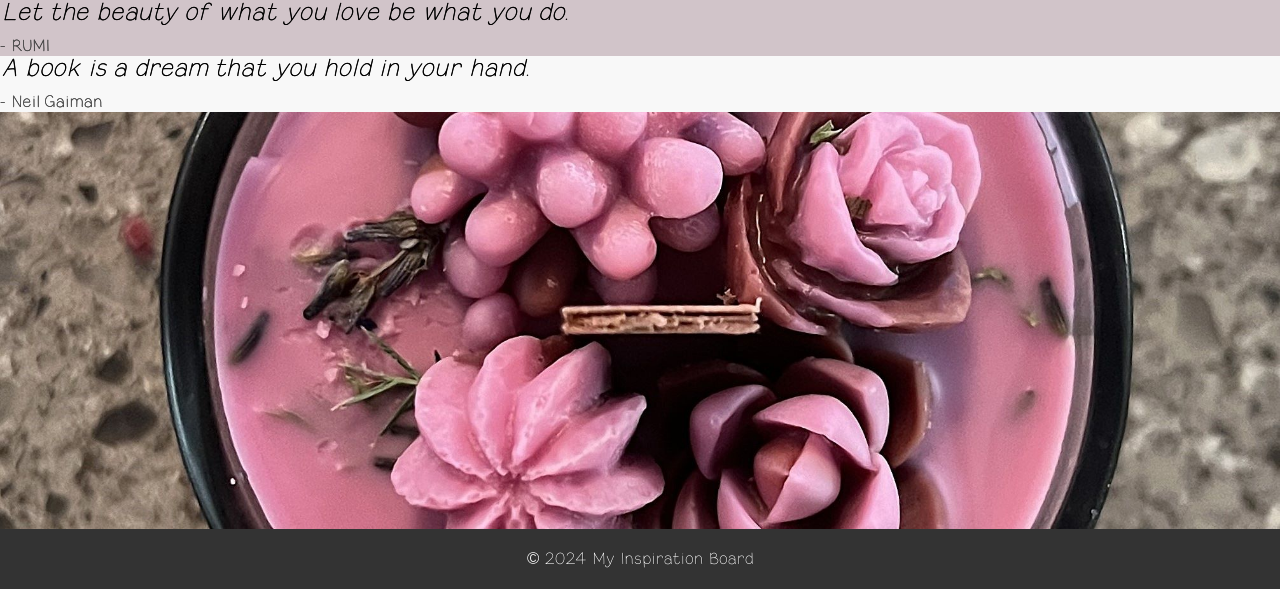
Repository: Brittany-Westlund/MART341-WebDesign
Page: WebDesignHomework/Assignment12/gallery.html
An editor plug-in stored every save of this project. The page is shown before and after the next save, followed by the edit.
The browser window is 1280 px wide. The pictures show the part of the page from y = 335 to 1075 px (the page is 924 px tall before and 1075 px after).
Some web fonts or font styles are not loaded; a fallback is used.

Above is the page before, as saved 2024-11-15 19:54:10.

After the next save:
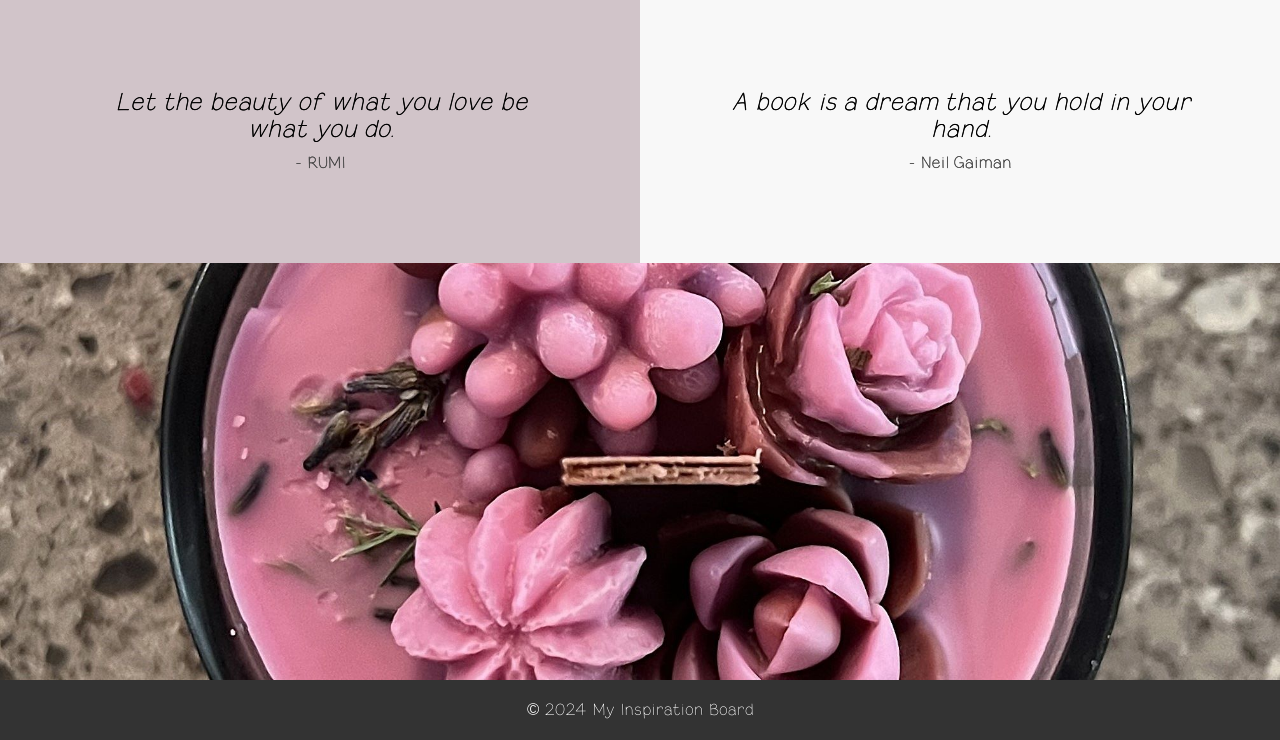
Saved 59 s later.
--- a/WebDesignHomework/Assignment12/style/style.css
+++ b/WebDesignHomework/Assignment12/style/style.css
@@ -86,7 +86,13 @@ h1 {
 }
 
 .two-column-gallery {
+    display: flex;
+}
 
+.two-column-gallery div {
+    flex: 1;
+    padding: 90px;
+    text-align: center;
 }
 
 .left-section {
